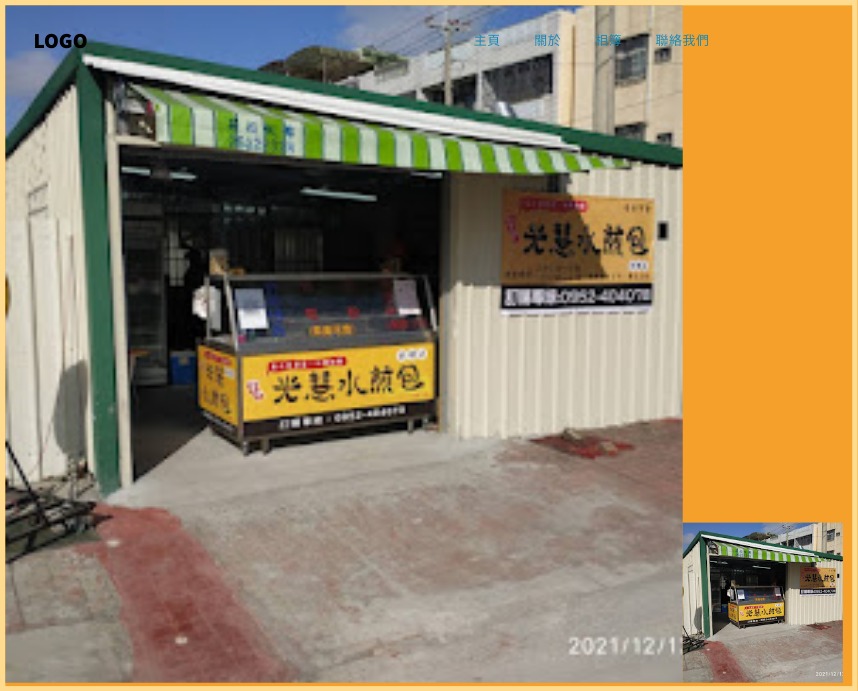
Repository: KevinYu0515/guanghui-food-website
Page: /
An editor plug-in stored every save of this project. The page is shown before and after the next save, followed by the edit.
The browser window is 1280 px wide. The pictures show the whole page, at 67% of full size.
The project was rebuilt for these pictures with package versions that can differ from the ones it lists, and the page was loaded fresh each time. Also part of the build but not shown: vue.config.js.

Above is the page before, as saved 2022-03-17 14:27:26.

After the next save:
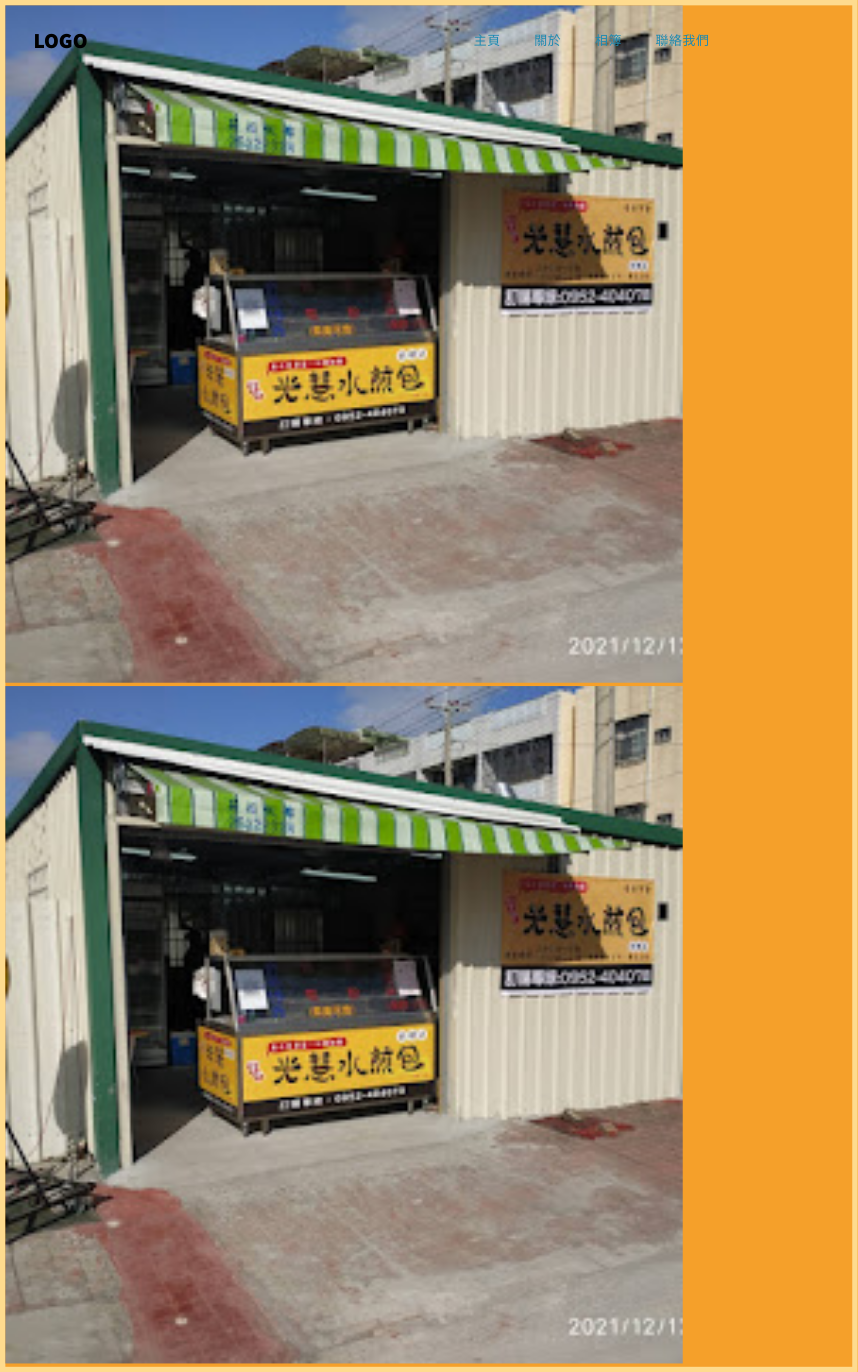
Saved 4 s later.
--- a/src/views/Home.vue
+++ b/src/views/Home.vue
@@ -1,7 +1,7 @@
 <template>
   <div id='home'>
     <img class="home_picture" src="./assets\store.jpg"/>
-    <img class="picture" src="./assets\store.jpg">
+    <img class="home_picture" src="./assets\store.jpg">
   </div>
 </template>
 
